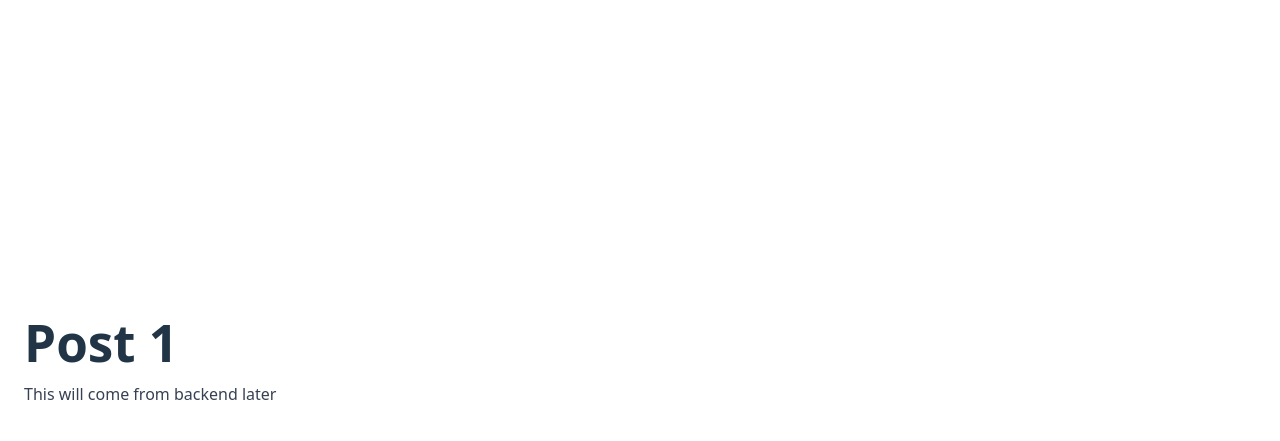
Repository: Reno-mathews/Mini-Blog-MERN
Page: /post/1
The author's editor kept a copy of each file at every save. The page is drawn from the files as they stood at one save, then again after the next save.
The browser window is 1280 px wide. The pictures show the whole page.
The project was rebuilt for these pictures with package versions that can differ from the ones it lists, and the page was loaded fresh each time. Also part of the build but not shown: vite.config.js, src/components/PostCard.jsx, src/pages/Home.jsx, src/pages/CreatePost.jsx.

Above is the page before, as saved 2026-01-08 11:16:23.

### index.html
<!doctype html>
<html lang="en">
  <head>
    <meta charset="UTF-8" />
    <link rel="icon" type="image/svg+xml" href="/vite.svg" />
    <meta name="viewport" content="width=device-width, initial-scale=1.0" />
    <title>mini-blog</title>
  </head>
  <body>
    <div id="root"></div>
    <script type="module" src="/src/main.jsx"></script>
  </body>
</html>

### src/main.jsx
import React from "react";
import ReactDOM from "react-dom/client";
import { BrowserRouter } from "react-router-dom";
import App from "./App";
import "./index.css";

const root = ReactDOM.createRoot(document.getElementById("root"));

root.render(
  <BrowserRouter>
    <App />
  </BrowserRouter>
);

### src/App.jsx
import { Routes, Route} from "react-router-dom";
import { useState } from "react"
import Home from "./pages/Home";
import CreatePost from "./pages/CreatePost";
import PostDetail from "./pages/PostDetail";

function App() {
  const [posts, setPosts] = useState([
    { id: 1, title: "First Post", content: "Hello World"},
    { id: 2, title: "Second Post", content: "Mini blog works!"},
  ]);
  return (
      <Routes>
        <Route path="/" element={<Home posts={posts} />} />
        <Route
          path="/create"
          element={<CreatePost posts={posts} setPosts={setPosts} />}
        />
        <Route path ="/post/:id" element={<PostDetail posts={posts} />} />
      </Routes>
  );
}

export default App;

### src/pages/PostDetail.jsx
import { useParams } from "react-router-dom";

export default function PostDetail() {
    const { id } = useParams();

    return (
        <div className="max-w-xl mx-auto p-6">
            <h1 className="text-2xl font-bold">Post {id}</h1>
            <p className="mt-3 text-gray-700">
                This will come from backend later
            </p>
        </div>
    );
}

Loaded but not shown: src/index.css (common file)

After the next save:
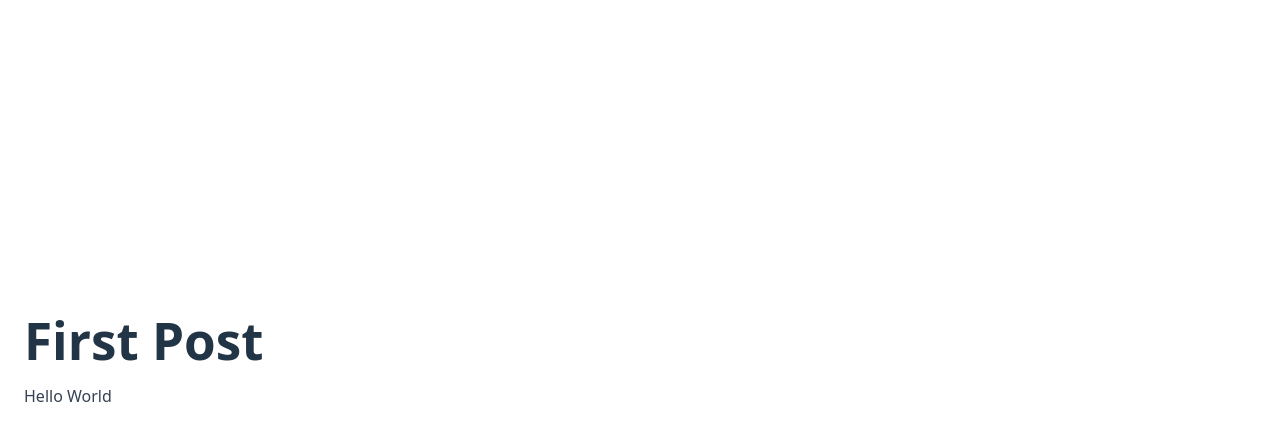
Saved 88 min 51 s later.
--- a/src/pages/PostDetail.jsx
+++ b/src/pages/PostDetail.jsx
@@ -1,14 +1,17 @@
 import { useParams } from "react-router-dom";
 
-export default function PostDetail() {
+export default function PostDetail({ posts }) {
     const { id } = useParams();
+    const post = posts.find((p) => p.id === Number(id));
+
+    if (!post) {
+        return <p className="p-6">Post not found</p>;
+    }
 
     return (
         <div className="max-w-xl mx-auto p-6">
-            <h1 className="text-2xl font-bold">Post {id}</h1>
-            <p className="mt-3 text-gray-700">
-                This will come from backend later
-            </p>
+            <h1 className="text-2xl font-bold">{post.title}</h1>
+            <p className="mt-4 text-gray-700">{post.content}</p>
         </div>
     );
 }
